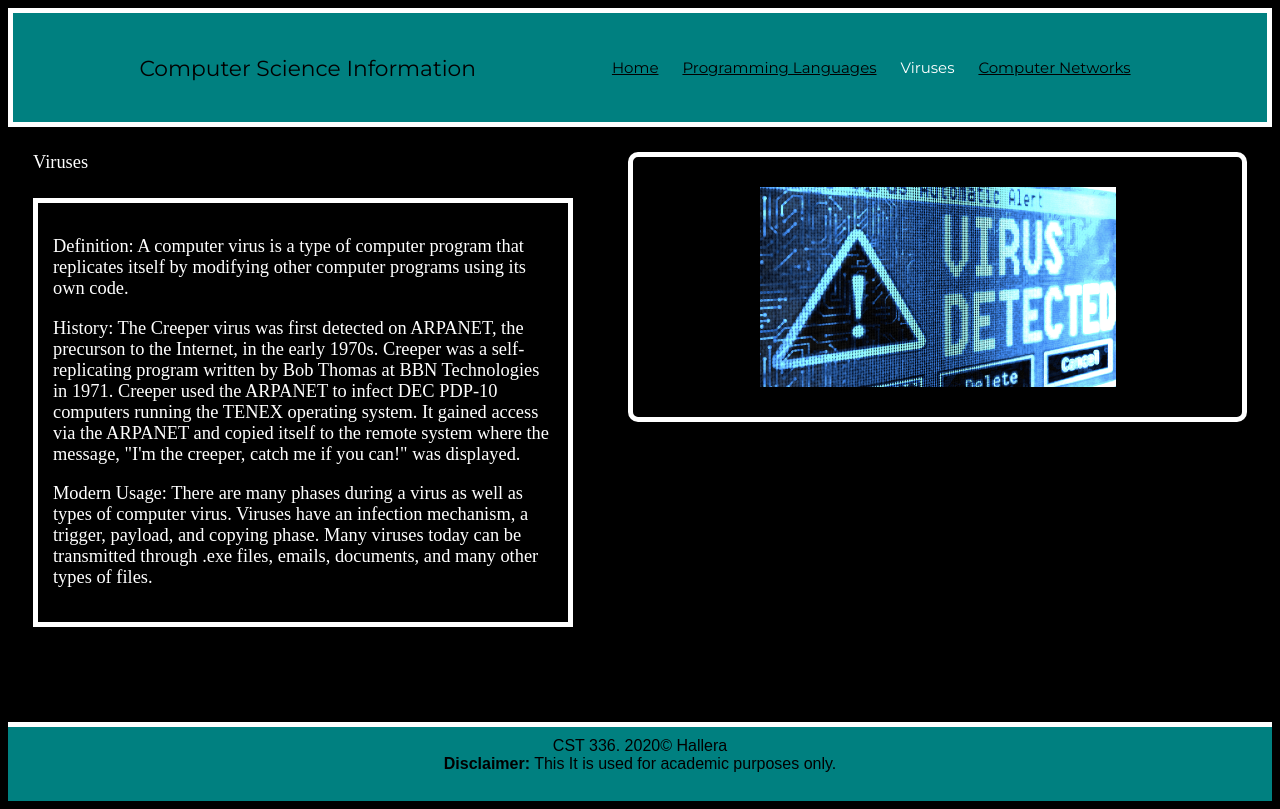
Repository: ElijahHallera/336-Internet-Prog
Page: cst336_spring2020Assignment1-master/cst336_spring2020Assignment1-master/HalleraAssignment1/environment/Viruses.html
The author's editor kept a record of every edit. The page is drawn from the files as they stood at one moment, then again after the next edit.
The browser window is 1280 px wide. The pictures show the whole page.

Above is the page before.

### cst336_spring2020Assignment1-master/cst336_spring2020Assignment1-master/HalleraAssignment1/environment/Viruses.html
<!DOCTYPE html>
<html>
    <head>
        <meta charset = "utf-8" />
        <title> Computer Science Information </title>
        <link href="css/design.css" rel="stylesheet" type = "text/css" />
        <link href="https://fonts.googleapis.com/css?family=Montserrat:400,500&display=swap" rel="stylesheet">
    </head>

    <body>
        <header>
            <name1> Computer Science Information </name1>
            <nav>
                <ul>
                    <li> <a href = "Home.html" > Home </a> </li>
                    <li> <a href = "ProgLang.html"> Programming Languages </a> </li>
                    <li> <a href = "Viruses.html" id = "currentPage"> Viruses </a> </li>
                    <li> <a href = "CompNet.html"> Computer Networks </a> </li>
                </ul>
            </nav>
        </header>

    <figure class = flex-container>
        <img src = "images/VIRUSPHOTO.png" alt = "virus photo" id = "homePhotos">
    </figure>

    <main>
    <p id = "PLhead">Viruses</p2>
    </main>

    <main id = "PLmain">
        <p>Definition: A computer virus is a type of computer program that replicates itself by modifying other computer programs using its own code.</p>
        <p>History: The Creeper virus was first detected on ARPANET, the precurson to the Internet, in the early 1970s.
        Creeper was a  self-replicating program written by Bob Thomas at BBN Technologies in 1971.
        Creeper used the ARPANET to infect DEC PDP-10 computers running the TENEX operating system.
        It gained access via the ARPANET and copied itself to the remote system where the message, "I'm the creeper, catch me if you can!" was displayed.</p>
        <p>Modern Usage: There are many phases during a virus as well as types of computer virus.
        Viruses have an infection mechanism, a trigger, payload, and copying phase.
        Many viruses today can be transmitted through .exe files, emails, documents, and many other types of files.</p>
    </main>

    <main>
        <p><a href = "https://en.wikipedia.org/wiki/Computer_virus#Operations_and_functions" id = "sourceText"> Source: https://en.wikipedia.org/wiki/Computer_virus#Operations_and_functions </a></p>
    </main>

    </br>
    </br>

     <footer>
        <font size = "3.5">
        CST 336. 2020&copy; Hallera <br />
        <strong>Disclaimer:</strong> This
        It is used for academic purposes only. <br />
        </font>
        <br />

    </footer>

    </body>

</html>

### cst336_spring2020Assignment1-master/cst336_spring2020Assignment1-master/HalleraAssignment1/environment/css/design.css
body {
    background-color: black;
}

header {
    position: sticky; /* used new feature we learned in class which is position */
    top: 0;
    background-color: teal;
    font-family: "Montserrat", sans-serif;
    font-size: 15px;
    display: flex;
    justify-content: space-between;
    align-items: center;
    padding: 30px 10%;
    border: 5px solid white;
}

main {
    color: white;
    text-align: left;
}

name1 {
    font-size: 1.45em;
}

nav li:hover{ /*pseudo class*/
    font-size: 1.10em;
    transition: .9s; /* transition effect */
}

li {
    list-style: none; /*gets rid of bullet points*/
    display: inline-block; /* allows me to get horizontal tabs */
    padding-left: 10px;
    padding-right: 10px;
}

a { /* links within "nav" container */
    font-size: 1em;
    color: black; /* by default, links are blue */
    border-radius: 15px;
    justify-content: space-between;
}

#currentPage {
    font-size: 1em;
    text-decoration: none; /* removes underline */
    color: white; /* by default, links are blue */
}

#welcomeText{
    color: white;
    font-size: 25px;
    text-align: center;
    bottom: 10px;
}

#boxModel {
  width: 1215px;
  length: 600px;
  border: 5px solid white;
  padding: 25px;
  margin: 0px; /* I want my box aligned with welcomeText and NavBar */
  text-align: center;
  font-size: 1.15em;
}

ol, li2 {
    display: block;
    padding: 10px;
}

.flex-container{
  display: flex;
  float: right;
  justify-content: space-between;
  padding: 30px 10%;
  border: 5px solid white;
  border-radius: 10px;
  margin: 25px;
}

#testingIMG{
    position: static;
    top: 0px;
    right: 0px;
}

#PLmain{
  width: 500px;
  length: 500px;
  border: 5px solid white;
  padding: 15px;
  margin: 25px; /* I want my box aligned with welcomeText and NavBar */
  text-align: left;
  font-size: 1.15em;
}

#PLhead{
  font-size: 1.15em;
  margin: 25px;
}

footer {
    padding: 10px;
    background-color: teal;
    clear: left;
    text-align: center;
    font-family: 'Source Sans Pro', sans-serif;
    color: black;
    border-top: 5px solid white;
}

After the next edit:
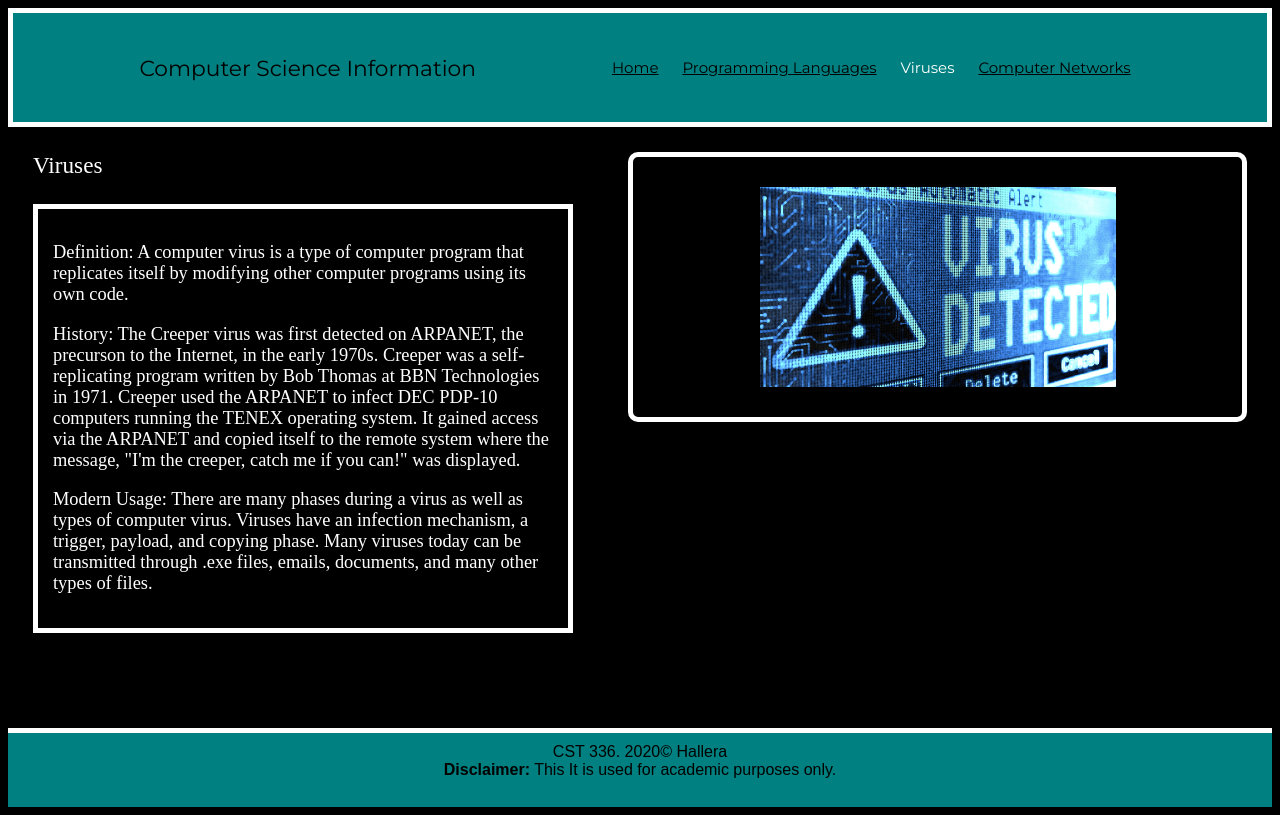
The edit:
--- a/cst336_spring2020Assignment1-master/cst336_spring2020Assignment1-master/HalleraAssignment1/environment/css/design.css
+++ b/cst336_spring2020Assignment1-master/cst336_spring2020Assignment1-master/HalleraAssignment1/environment/css/design.css
@@ -98,7 +98,7 @@
 }
 
 #PLhead{
-  font-size: 1.15em;
+  font-size: 1.45em;
   margin: 25px;
 }
 
